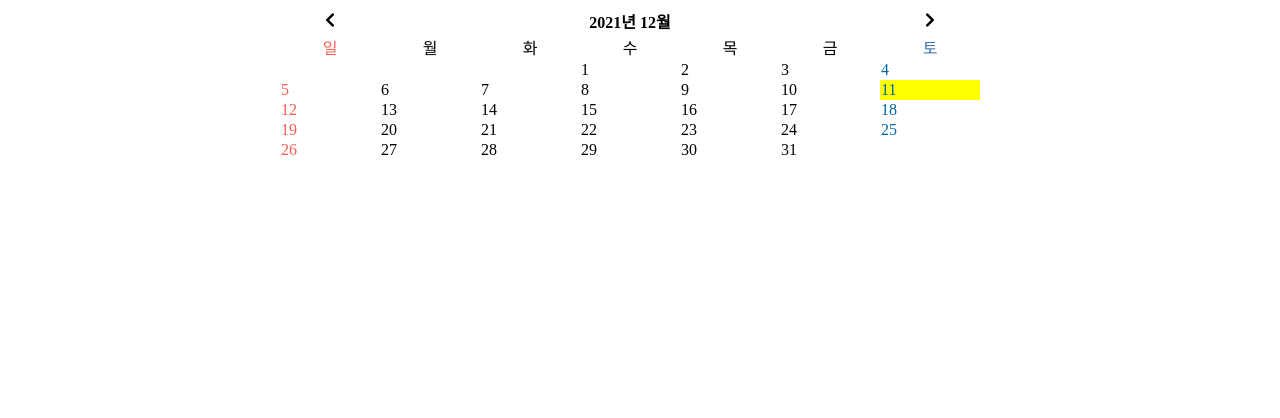
Repository: shin-sj/Checkkeu
Page: http://localhost/test2/WEB-INF/user/calendar.jsp
These files come from the project's save history. The page is drawn as it stood at one moment and after the next save; the edit follows.
The browser window is 1280 px wide. The pictures show the whole page.
Some web libraries are served in a nearby version. The page is served by Tomcat 9. Nobody is signed in. The template is opened directly, without the code that normally fills it, so the values that code supplies are empty.

Above is the page before, as saved 2021-12-15 16:31:55.

After the next save:
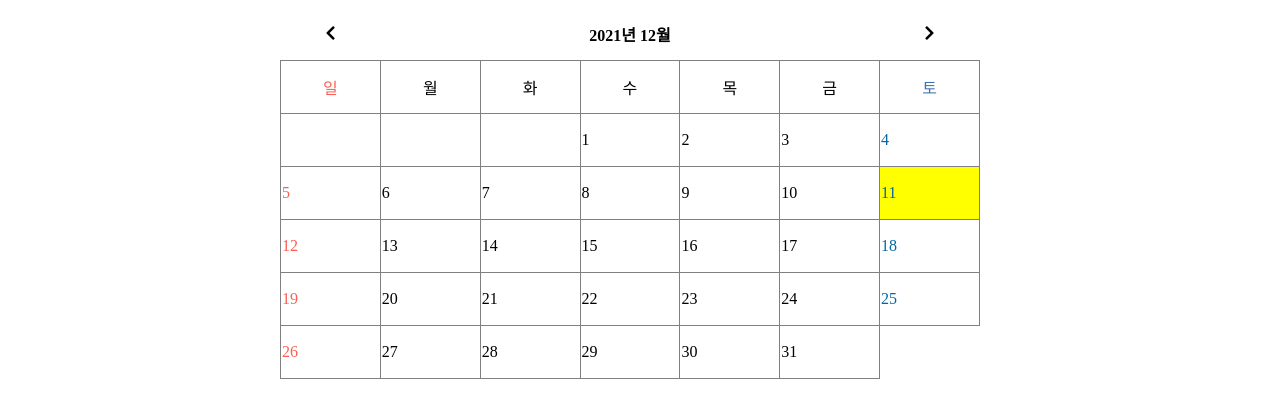
Saved 28 s later.
--- a/test2/src/main/webapp/WEB-INF/user/calendar.jsp
+++ b/test2/src/main/webapp/WEB-INF/user/calendar.jsp
@@ -38,13 +38,13 @@
 		margin-right: 20px;
 
 	}
-	#calTd {
+	td{
 		width: 100px;
 		height: 50px;
 		border: solid 0.5px gray;
 		border-collapse : collapse;
 	}
-	#calTh {
+	th {
 		border: none;
 		height: 50px;
 	}
@@ -206,20 +206,20 @@
 				<table id="calendar">
 					<tr>
 						<!-- label은 마우스로 클릭을 편하게 해줌 -->
-						<th class="calTh"><label onclick="prevCalendar()"><i
+						<th><label onclick="prevCalendar()"><i
 								class="fas fa-chevron-left"></i></label></th>
-						<th class="calTh" align="center" id="tbCalendarYM" colspan="5">yyyy년 m월</th>
-						<th class="calTh" ><label onclick="nextCalendar()"><i
+						<th align="center" id="tbCalendarYM" colspan="5">yyyy년 m월</th>
+						<th><label onclick="nextCalendar()"><i
 								class="fas fa-chevron-right"></i></label></th>
 					</tr>
 					<tr>
-						<td class="calTd" align="center"><font color="#FD5E53">일</font></td>
-						<td class="calTd" align="center">월</td>
-						<td class="calTd" align="center">화</td>
-						<td class="calTd" align="center">수</td>
-						<td class="calTd" align="center">목</td>
-						<td class="calTd" align="center">금</td>
-						<td class="calTd" align="center"><font color="#3F72AF">토</font></td>
+						<td align="center"><font color="#FD5E53">일</font></td>
+						<td align="center">월</td>
+						<td align="center">화</td>
+						<td align="center">수</td>
+						<td align="center">목</td>
+						<td align="center">금</td>
+						<td align="center"><font color="#3F72AF">토</font></td>
 					</tr>
 				</table>
 				<script>
